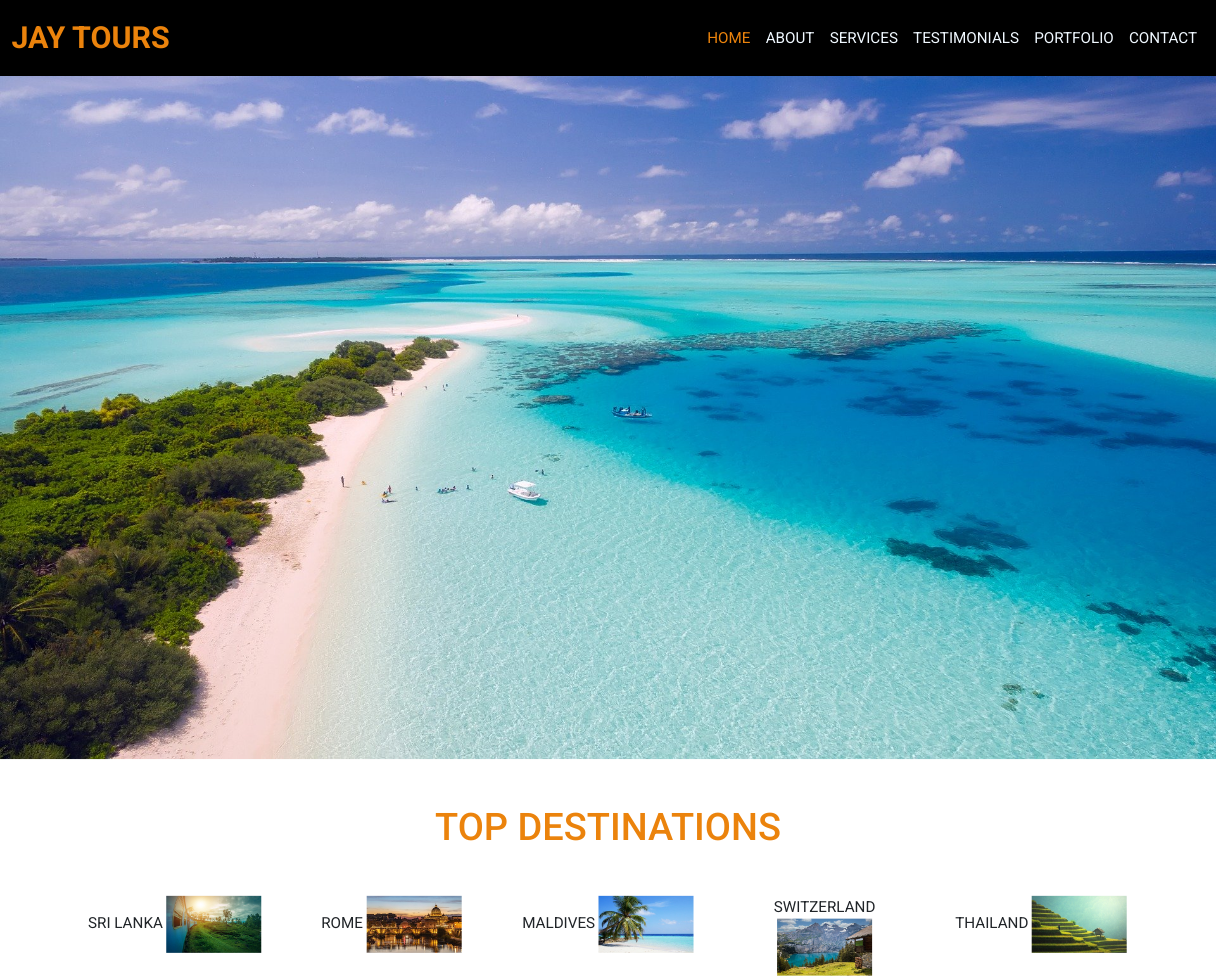
Repository: kasundiudn/Jay-Travel
Page: index.html
These files come from the project's save history. The page is drawn as it stood at one moment and after the next save; the edit follows.
The browser window is 1280 px wide. The pictures show the whole page, at 95% of full size.

Above is the page before, as saved 2025-06-26 10:33:14.

After the next save:
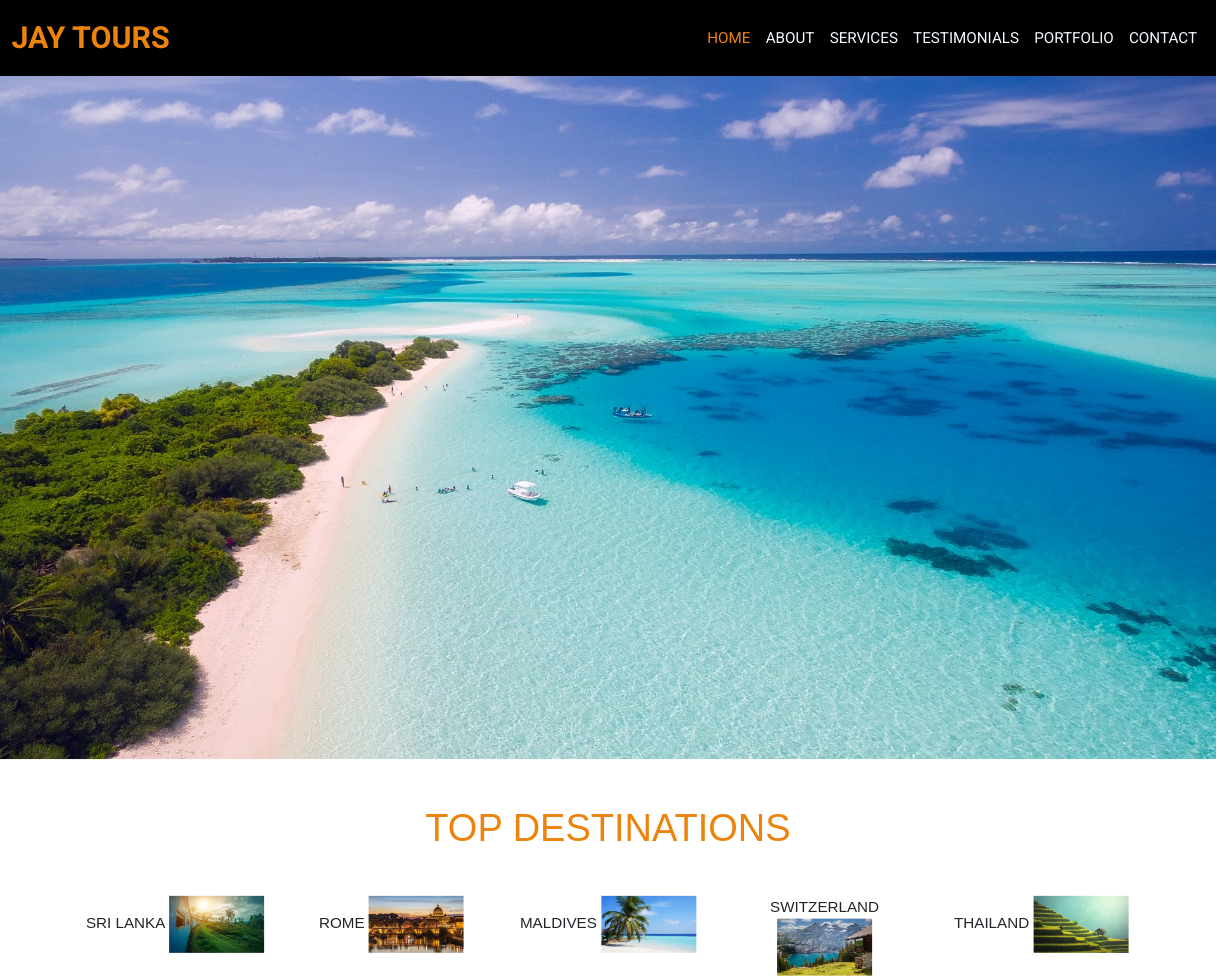
Saved 21 s later.
--- a/index.html
+++ b/index.html
@@ -18,7 +18,7 @@
         color: aliceblue;
     }
     body{
-        font-family: "Roboto", sans-serif;
+        font-family: "", sans-serif;
     }
 
   </style>
